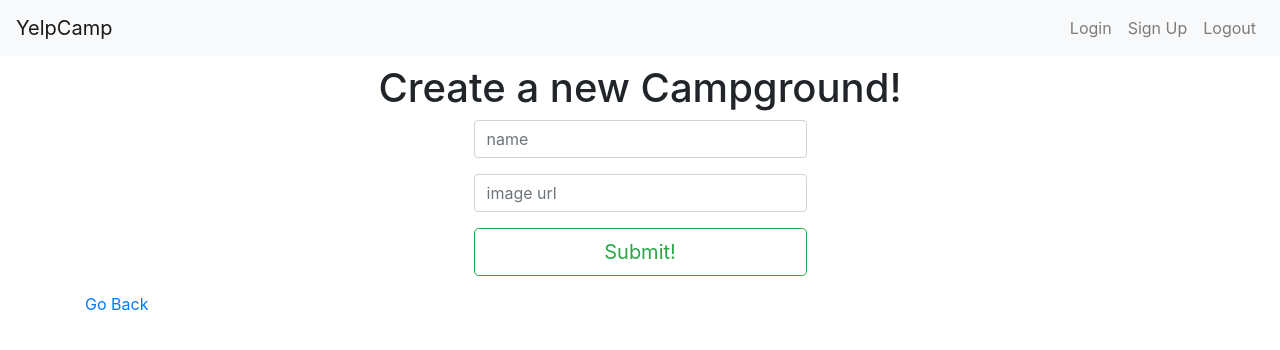
Repository: bosicheng/yelpcamp-project
Page: http://localhost/campgrounds/new
The author's editor kept a record of every edit. The page is drawn from the files as they stood at one moment, then again after the next edit.
The browser window is 1280 px wide. The pictures show the whole page.
Some web libraries are served in a nearby version. The page is served by the project's Node server (YelpCamp/v1/app.js).

Above is the page before.
Console error (its wording comes from the project's code and is left out).

After the next edit:
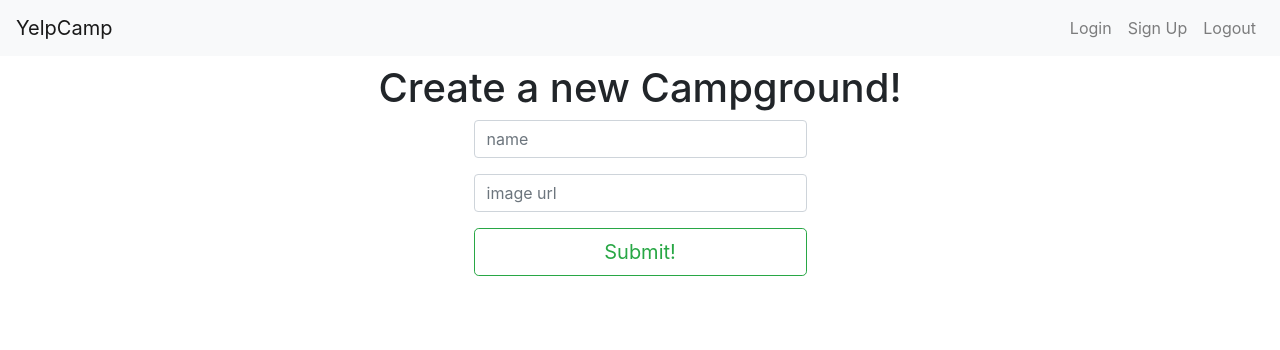
The edit:
--- a/YelpCamp/v1/views/new.ejs
+++ b/YelpCamp/v1/views/new.ejs
@@ -15,7 +15,7 @@
             </div>
         </form>
     </div>
-    <a href='/campgrounds'>Go Back</a>
+
 </div>
 
 <% include partials/footer %>
